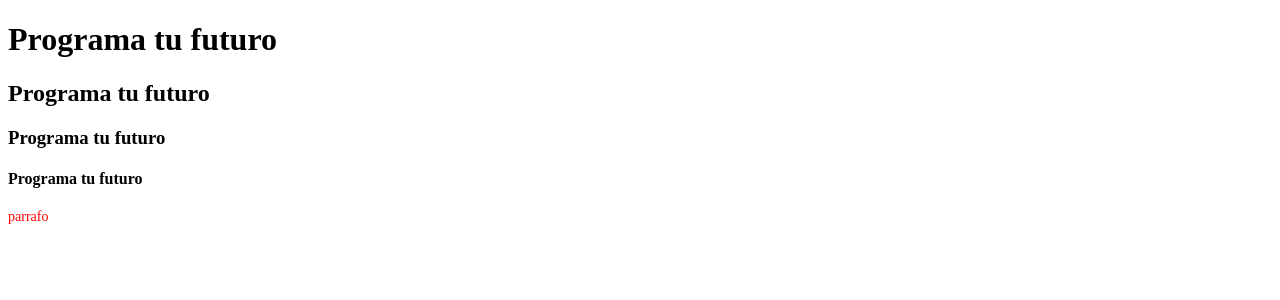
Repository: keanzato/Workspace
Page: login-web-app/src/main/webapp/index.html
The author's editor kept a copy of each file at every save. The page is drawn from the files as they stood at one save, then again after the next save.
The browser window is 1280 px wide. The pictures show the whole page.

Above is the page before, as saved 2016-06-20 16:33:25.

### login-web-app/src/main/webapp/index.html
<!DOCTYPE html>
<html>
	<head>
		<meta charset="ISO-8859-1">
		<title>Pagina inicial</title>
		<style type = "text/css">
			p{
				color: red;
				font-size: 14px;
			}
		</style>

	<body>

		<h1>Programa tu futuro</h1>
		<h2>Programa tu futuro</h2>
		<h3>Programa tu futuro</h3>
		<h4>Programa tu futuro</h4>

		<p>parrafo</p>
	</body>
</html>

After the next save:
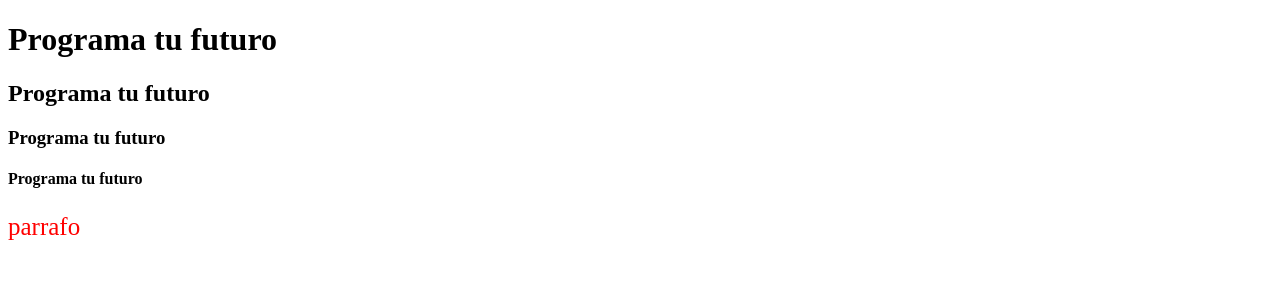
Saved 11 s later.
--- a/login-web-app/src/main/webapp/index.html
+++ b/login-web-app/src/main/webapp/index.html
@@ -6,7 +6,7 @@
 		<style type = "text/css">
 			p{
 				color: red;
-				font-size: 14px;
+				font-size: 25px;
 			}
 		</style>
 
